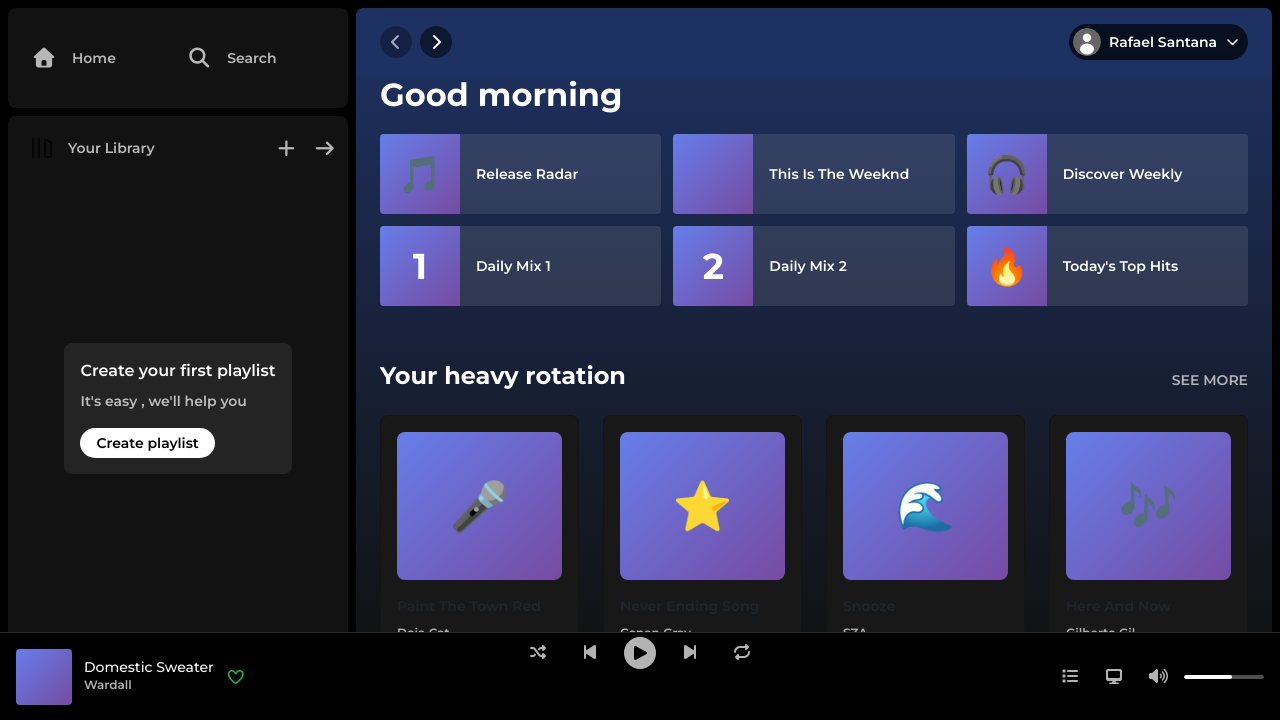
Repository: ketanBisht/spotifyFrontEnd
Page: index.html
The author's editor kept a copy of each file at every save. The page is drawn from the files as they stood at one save, then again after a run of saves.
The browser window is 1280 px wide. The pictures show the whole page.
An inner scrolling area shows only its first screen. Some web fonts or font styles are not loaded; a fallback is used. Some web libraries are served in a nearby version.

Above is the page before, as saved 2025-08-26 15:39:41.

After the next 2 saves:
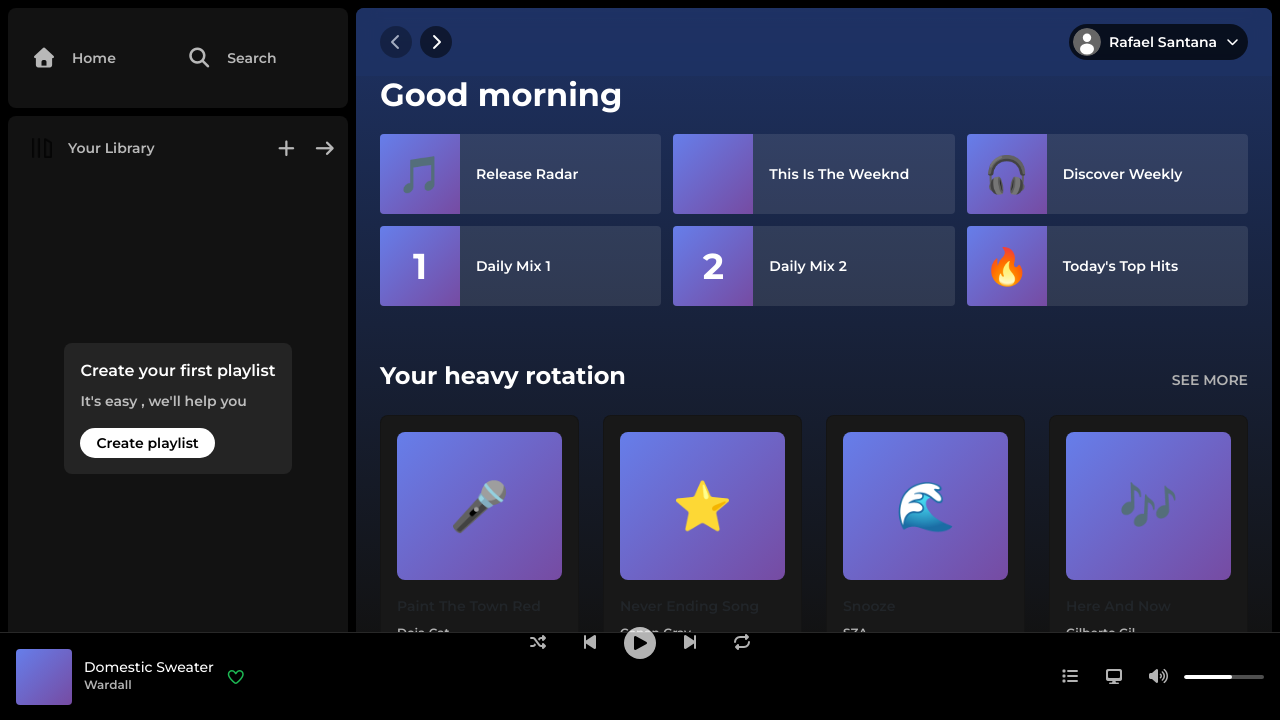
The 2 saves are shown as one change because they came seconds apart.
The last was saved 113 s later.
--- a/try.css
+++ b/try.css
@@ -659,11 +659,8 @@
             color: #b3b3b3;
         }
         .long-progress{
-            flex: 1;
-            height: 4px;
-            background-color: #4f4f4f;
-            border-radius: 2px;
-            cursor: pointer;
+            height: 20px;
+            background: red;
         }
         .long-progress-filled{
             height: 100%;
